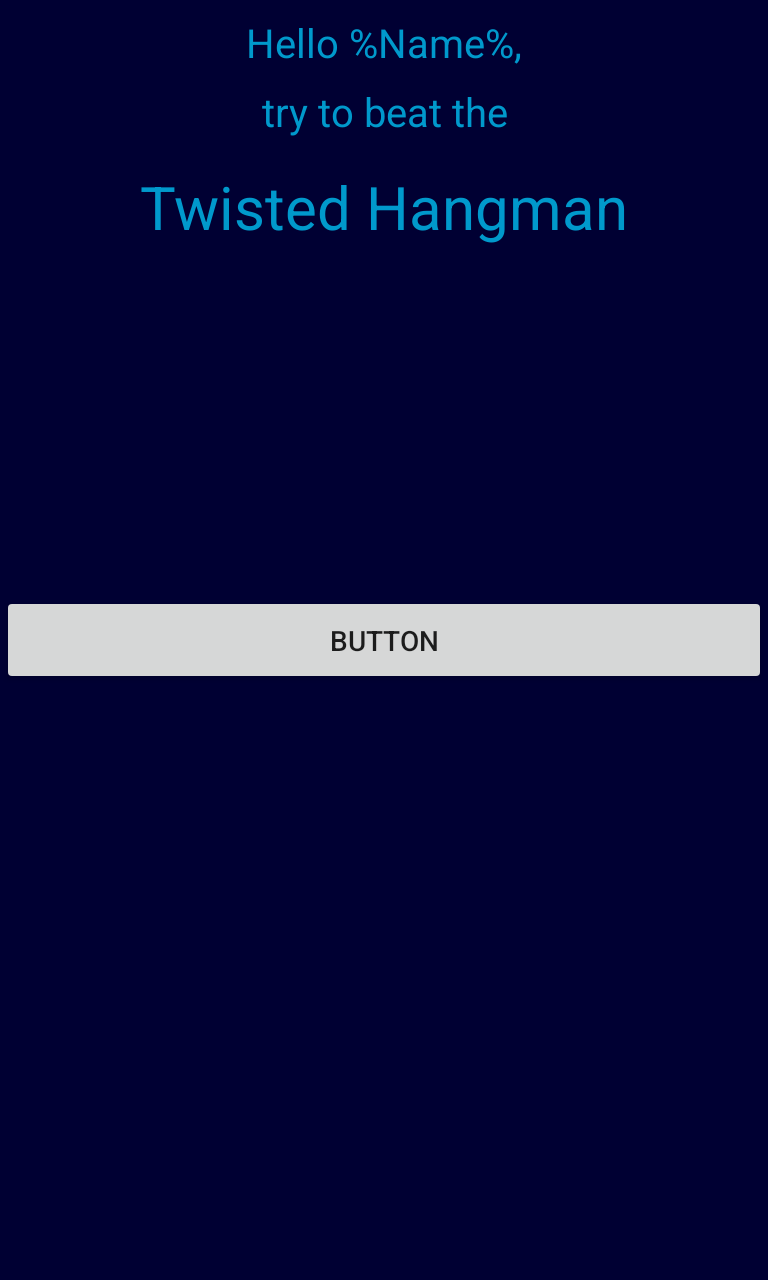
Repository: caspervdpoll/hangman_cvdpoll_jvwageningen
Layout: app/twisted-hangman/res/layout/activity_main.xml
An editor plug-in stored every save of this project. The layout is shown before and after the next save, followed by the edit.
It is drawn on a 768 x 1280 px phone screen (xhdpi) without system bars, with theme AppTheme; the app's code is not run.

Above is the layout before, as saved 2014-06-10 09:52:39.

### app/twisted-hangman/res/layout/activity_main.xml
<RelativeLayout xmlns:android="http://schemas.android.com/apk/res/android"
    xmlns:tools="http://schemas.android.com/tools"
    android:id="@+id/container"
    android:layout_width="match_parent"
    android:layout_height="match_parent"
    android:background="@color/darkBlue"
    tools:context="com.example.twisted_hangman.MainActivity"
    tools:ignore="MergeRootFrame" >

    <TextView
        android:id="@+id/textView1"
        android:layout_width="wrap_content"
        android:layout_height="wrap_content"
        android:layout_alignParentLeft="true"
        android:layout_alignParentRight="true"
        android:layout_marginTop="15px"
        android:layout_weight="1.08"
        android:gravity="center"
        android:text="Hello %Name%,"
        android:textAppearance="?android:attr/textAppearanceMedium"
        android:textColor="@color/blue"
        android:textSize="20sp" />

    <TextView
        android:id="@+id/textView2"
        android:layout_width="fill_parent"
        android:layout_height="wrap_content"
        android:layout_alignParentLeft="true"
        android:layout_alignParentRight="true"
        android:layout_below="@id/textView1"
        android:layout_marginTop="15px"
        android:gravity="center"
        android:text="try to beat the"
        android:textAppearance="?android:attr/textAppearanceMedium"
        android:textColor="@color/blue"
        android:textSize="20sp" />

    <TextView
        android:id="@+id/textView3"
        android:layout_width="wrap_content"
        android:layout_height="wrap_content"
        android:layout_alignParentLeft="true"
        android:layout_alignParentRight="true"
        android:layout_below="@+id/textView2"
        android:layout_marginTop="14dp"
        android:layout_weight="1.08"
        android:gravity="center"
        android:text="Twisted Hangman"
        android:textAppearance="?android:attr/textAppearanceLarge"
        android:textColor="@color/blue"
        android:textSize="30sp" />

    <Button
        android:id="@+id/button1"
        android:layout_width="match_parent"
        android:layout_height="wrap_content"
        android:layout_centerHorizontal="true"
        android:layout_centerVertical="true"
        android:text="Button" />

</RelativeLayout>

### app/twisted-hangman/res/values/strings.xml
<?xml version="1.0" encoding="utf-8"?>
<resources>

    <string name="app_name">twisted-hangman</string>
    <string name="hello_world">Hello world!</string>
    <string name="action_settings">Settings</string>

    <color name="blue">#0099CC</color>
	<color name="darkBlue">#000033</color>

</resources>

Loaded but not shown: app/twisted-hangman/res/values/styles.xml (common file); app/twisted-hangman/res/values-v11/styles.xml (common file); app/twisted-hangman/res/values-v14/styles.xml (common file)

After the next save:
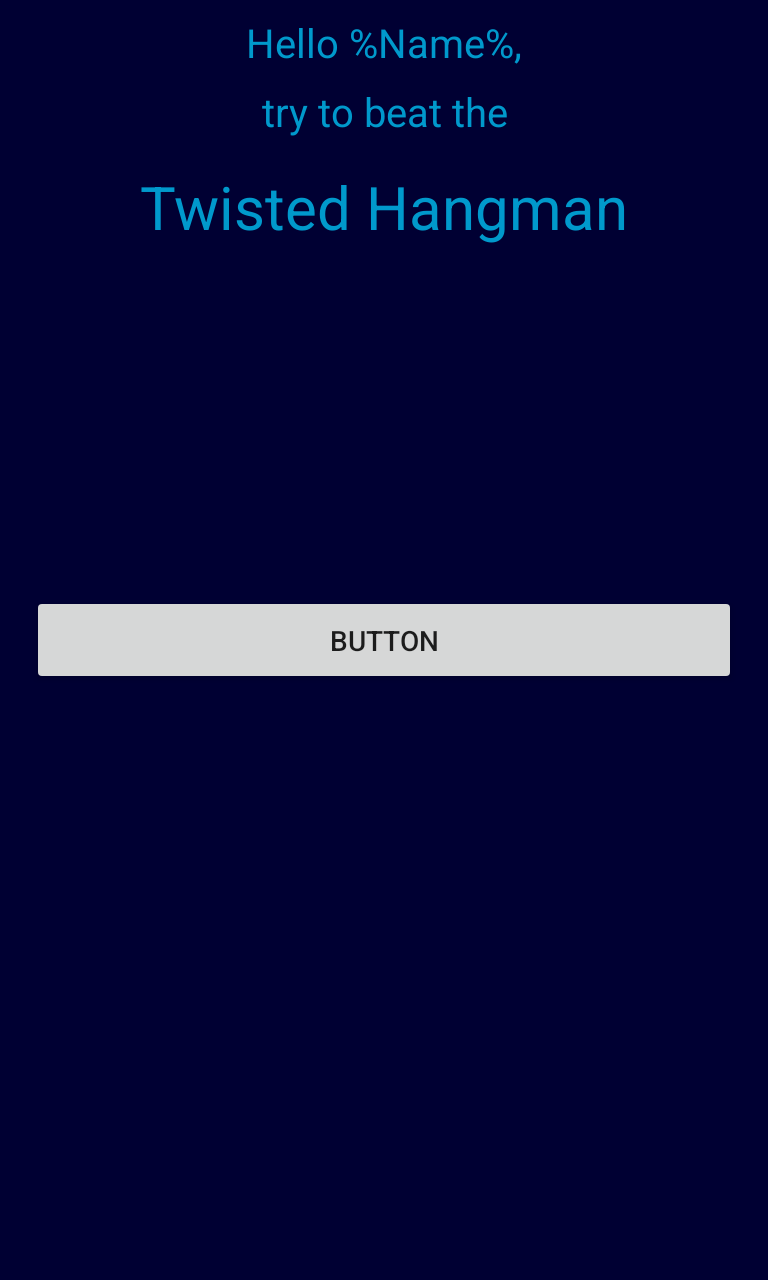
Saved 37 s later.
--- a/app/twisted-hangman/res/layout/activity_main.xml
+++ b/app/twisted-hangman/res/layout/activity_main.xml
@@ -54,6 +54,8 @@
         android:id="@+id/button1"
         android:layout_width="match_parent"
         android:layout_height="wrap_content"
+        android:layout_marginLeft="15sp"
+        android:layout_marginRight="15sp"
         android:layout_centerHorizontal="true"
         android:layout_centerVertical="true"
         android:text="Button" />
